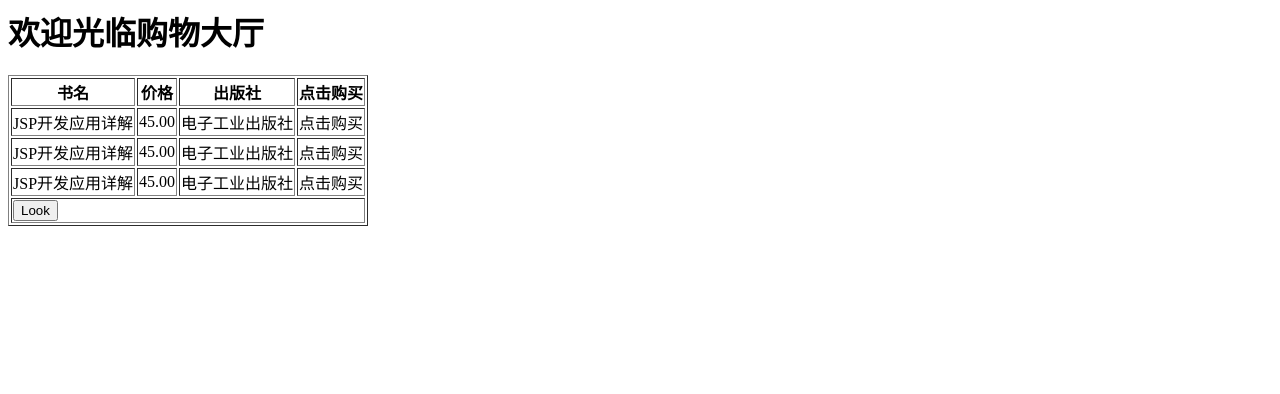
Repository: zhouguangyuan/hspjsp
Page: http://localhost/myshopping/
An editor plug-in stored every save of this project. The page is shown before and after the next save, followed by the edit.
The browser window is 1280 px wide. The pictures show the whole page.
The page is served by Tomcat 9. Other server files are loaded and not shown.

Above is the page before, as saved 2018-03-25 08:54:36.

### myshopping/WebRoot/index.jsp
<%@ page language="java" import="java.util.*" pageEncoding="ISO-8859-1"%>
<%
String path = request.getContextPath();
String basePath = request.getScheme()+"://"+request.getServerName()+":"+request.getServerPort()+path+"/";
%>

<!DOCTYPE HTML PUBLIC "-//W3C//DTD HTML 4.01 Transitional//EN">
<html>
  <head>
    <base href="<%=basePath%>">

    <title>My JSP 'index.jsp' starting page</title>
	<meta http-equiv="pragma" content="no-cache">
	<meta http-equiv="cache-control" content="no-cache">
	<meta http-equiv="expires" content="0">
	<meta http-equiv="keywords" content="keyword1,keyword2,keyword3">
	<meta http-equiv="description" content="This is my page">
	<!--
	<link rel="stylesheet" type="text/css" href="styles.css">
	-->
  </head>

  <body>
     <jsp:forward page="/WEB-INF/hall.jsp"></jsp:forward>
  </body>
</html>

### myshopping/WebRoot/WEB-INF/hall.jsp
<%@ page language="java" import="java.util.*" pageEncoding="utf-8"%>
<%
	String path = request.getContextPath();
	String basePath = request.getScheme() + "://"
			+ request.getServerName() + ":" + request.getServerPort()
			+ path + "/";
%>

<!DOCTYPE HTML PUBLIC "-//W3C//DTD HTML 4.01 Transitional//EN">
<html>
	<head>
		<base href="<%=basePath%>">

		<title>My JSP 'hall.jsp' starting page</title>

		<meta http-equiv="pragma" content="no-cache">
		<meta http-equiv="cache-control" content="no-cache">
		<meta http-equiv="expires" content="0">
		<meta http-equiv="keywords" content="keyword1,keyword2,keyword3">
		<meta http-equiv="description" content="This is my page">
		<!--
	<link rel="stylesheet" type="text/css" href="styles.css">
	-->

	</head>

	<body>

		<h1>欢迎光临购物大厅</h1>
		<table border="1">
			<tr>
				<th>
					书名
				</th>
				<th>
					价格
				</th>
				<th>
					出版社
				</th>
				<th>
					点击购买
				</th>
			</tr>
			<tr>
				<td>
					JSP开发应用详解
				</td>
				<td>
					45.00
				</td>
				<td>
					电子工业出版社
				</td>
				<td>
					点击购买
				</td>
			</tr>
			<tr>
				<td>
					JSP开发应用详解
				</td>
				<td>
					45.00
				</td>
				<td>
					电子工业出版社
				</td>
				<td>
					点击购买
				</td>
			</tr>
			<tr>
				<td>
					JSP开发应用详解
				</td>
				<td>
					45.00
				</td>
				<td>
					电子工业出版社
				</td>
				<td>
					点击购买
				</td>
			</tr>
			<tr><td colspan="4"><input type="button" value="Look" /></td></tr>
		</table>
	</body>
</html>

### myshopping/WebRoot/WEB-INF/showMyCart.jsp
<%@ page language="java" import="java.util.*" pageEncoding="utf-8"%>
<%
String path = request.getContextPath();
String basePath = request.getScheme()+"://"+request.getServerName()+":"+request.getServerPort()+path+"/";
%>

<!DOCTYPE HTML PUBLIC "-//W3C//DTD HTML 4.01 Transitional//EN">
<html>
  <head>
    <base href="<%=basePath%>">

    <title>My JSP 'showMyCart.jsp' starting page</title>

	<meta http-equiv="pragma" content="no-cache">
	<meta http-equiv="cache-control" content="no-cache">
	<meta http-equiv="expires" content="0">
	<meta http-equiv="keywords" content="keyword1,keyword2,keyword3">
	<meta http-equiv="description" content="This is my page">
	<!--
	<link rel="stylesheet" type="text/css" href="com.css">
	-->

  </head>

  <body>
    <h1>我的购物车</h1>
    <form action="?" method="post">
    <table border="1" style="border-collapse:collapse; width:600px;">
    <tr><td>bookid</td><td>书名</td><td>价格</td><td>出版社</td><td>数量</td><td>删除</td></tr>
    <tr><td>1</td><td>笑傲江湖</td><td>200</td><td>清华出版社</td><td><input type='text' name='booknum' />本</td><td><a href="#">删除</a></td></tr>
    <tr><td>2</td><td>笑傲江湖</td><td>200</td><td>清华出版社</td><td><input type='text' name='booknum' />本</td><td><a href="#">删除</a></td></tr>
    <tr><td>3</td><td>笑傲江湖</td><td>200</td><td>清华出版社</td><td><input type='text' name='booknum' />本</td><td><a href="#">删除</a></td></tr>
    <tr><td colspan="6"><input type="submit" value="update"/></td></tr>
    <tr><td>购物车所有商品总金额：550元</td></tr>
    </table>
    </form>
  </body>
</html>

After the next save:
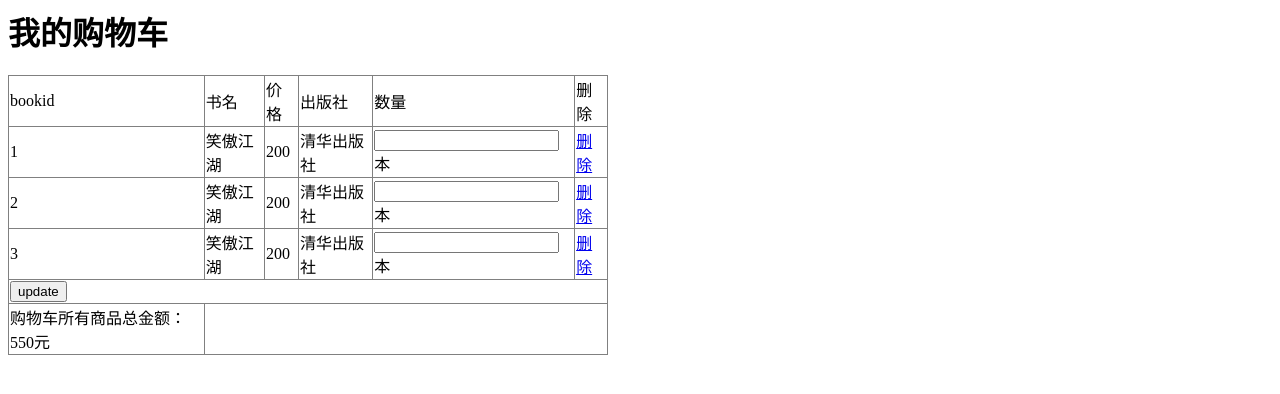
Saved 49 s later.
--- a/myshopping/WebRoot/index.jsp
+++ b/myshopping/WebRoot/index.jsp
@@ -21,6 +21,6 @@ String basePath = request.getScheme()+"://"+request.getServerName()+":"+request.
   </head>
 
   <body>
-     <jsp:forward page="/WEB-INF/hall.jsp"></jsp:forward>
+     <jsp:forward page="/WEB-INF/showMyCart.jsp"></jsp:forward>
   </body>
 </html>
